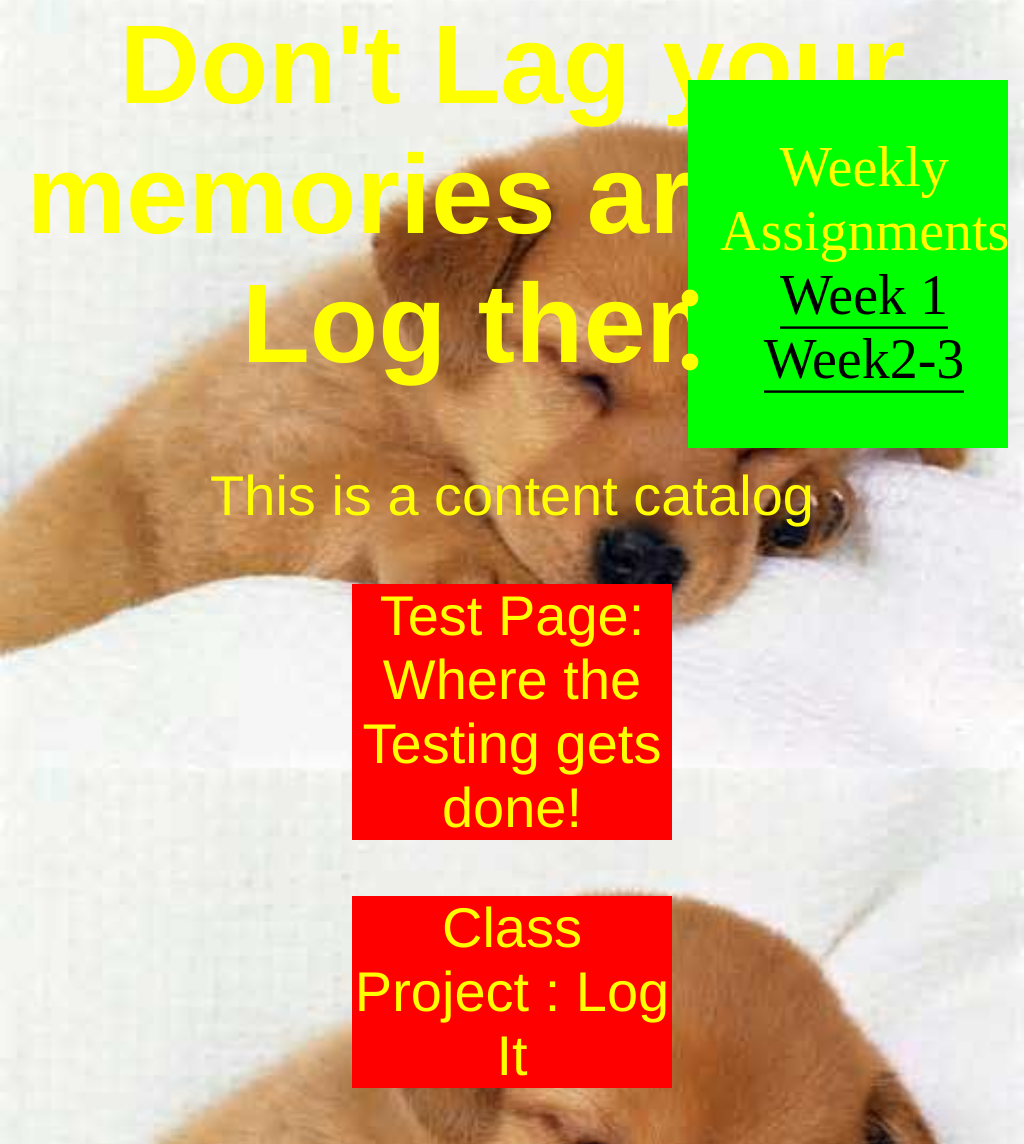
Repository: kesquili/kesquili.github.io
Page: Test/test.html
The author's editor kept a record of every edit. The page is drawn from the files as they stood at one moment, then again after the next edit.
The browser window is 1280 px wide. The pictures show the whole page, at 80% of full size.
Backgrounds fixed to the window are drawn as part of the page.

Above is the page before.

After the next edit:
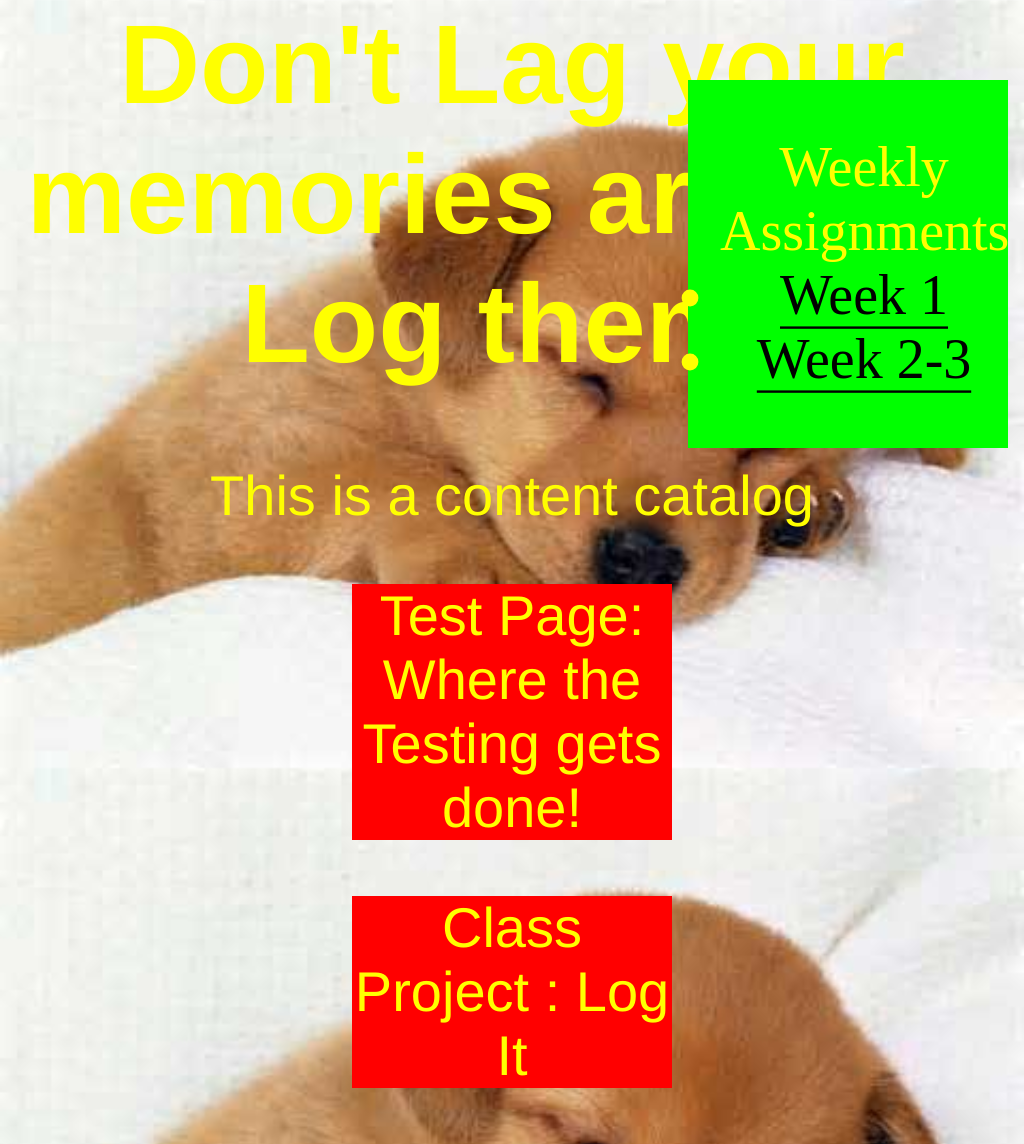
The edit:
--- a/Test/test.html
+++ b/Test/test.html
@@ -16,8 +16,8 @@
          </div>
          <div class="section1">
              <ul>Weekly Assignments
-                 <li><a href="..helloworld/hw.html">Week 1</a></li>
-                 <li><a href="..classhomepage/index.html">Week2-3</a></li>
+                 <li><a href="../helloworld/hw.html">Week 1</a></li>
+                 <li><a href="../classhomepage/index.html">Week 2-3</a></li>
             </ul>
          </div>
     </body>
